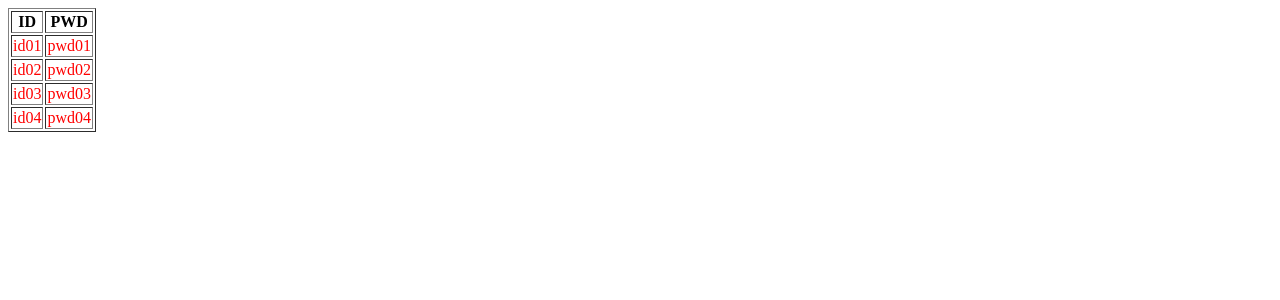
Repository: Scoobi-wisdoom/web
Page: d01/web/a4.html
The author's editor kept a copy of each file at every save. The page is drawn from the files as they stood at one save, then again after the next save.
The browser window is 1280 px wide. The pictures show the whole page.

Above is the page before, as saved 2020-08-05 05:21:30.

After the next save:
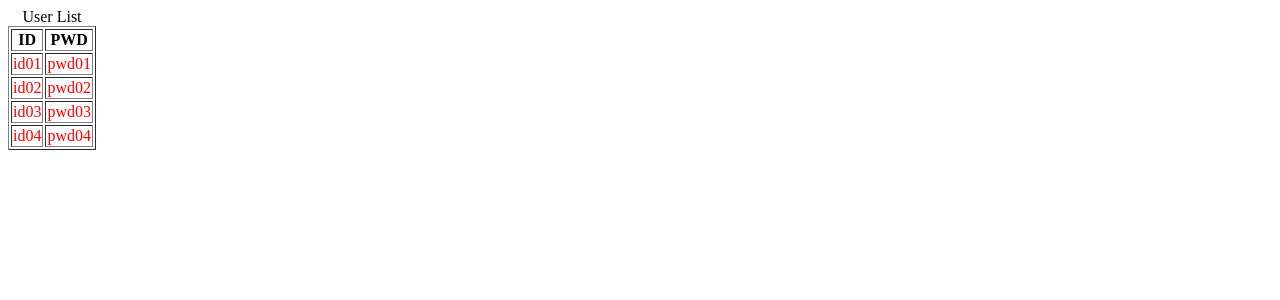
Saved 87 s later.
--- a/d01/web/a4.html
+++ b/d01/web/a4.html
@@ -12,6 +12,7 @@
 <body>
 <!-- Table Test -->
 <table border="1">
+ <caption> User List </caption>
  <thead>
  	<tr><th>ID</th><th>PWD</th></tr>
  </thead>
